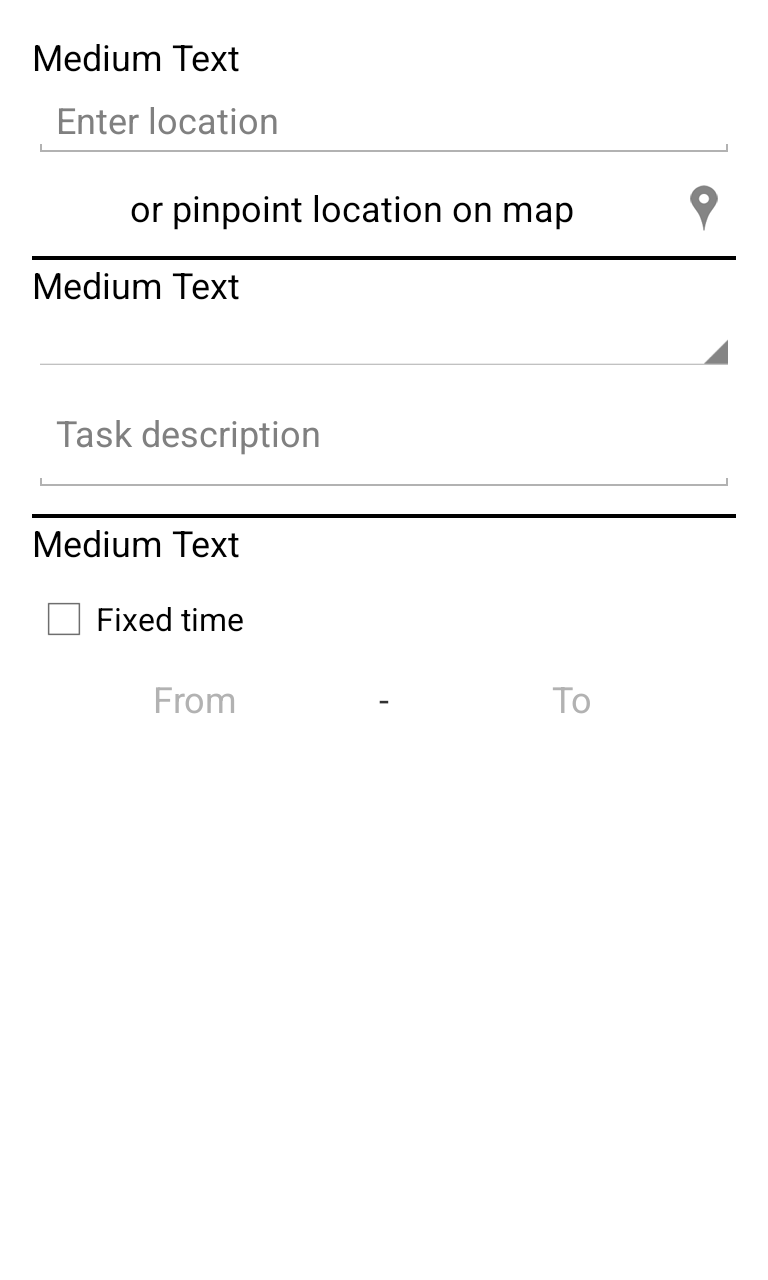
Repository: larserikstrand/IMT4904-Master
Layout: MTP/res/layout/activity_new_task.xml
An editor plug-in stored every save of this project. The layout is shown before and after the next save, followed by the edit.
It is drawn on a 768 x 1280 px phone screen (xhdpi) without system bars, with theme android:Theme.Holo.Light; the app's code is not run.

Above is the layout before, as saved 2014-02-10 20:34:06.

### MTP/res/layout/activity_new_task.xml
<LinearLayout xmlns:android="http://schemas.android.com/apk/res/android"
    xmlns:tools="http://schemas.android.com/tools"
    android:layout_width="match_parent"
    android:layout_height="match_parent"
    android:paddingBottom="@dimen/activity_vertical_margin"
    android:paddingLeft="@dimen/activity_horizontal_margin"
    android:paddingRight="@dimen/activity_horizontal_margin"
    android:paddingTop="@dimen/activity_vertical_margin"
    android:orientation="vertical"
    tools:context=".NewTaskActivity" >

    <TextView
        android:layout_width="wrap_content"
        android:layout_height="wrap_content"
        android:text="Medium Text"
        android:textAppearance="?android:attr/textAppearanceMedium" />

    <EditText android:id="@+id/location_edit"
        android:layout_width="match_parent"
        android:layout_height="wrap_content"
        android:hint="@string/location_hint" />

    <Button android:id="@+id/location_button"
        android:layout_width="match_parent"
        android:layout_height="wrap_content"
        android:background="?android:attr/selectableItemBackground"
        android:text="@string/pinpoint"
        android:drawableRight="@drawable/ic_location_place" />

    <View android:layout_width="match_parent"
        android:layout_height="2dp"
        android:background="@android:color/black" />

    <TextView
        android:id="@+id/textView2"
        android:layout_width="wrap_content"
        android:layout_height="wrap_content"
        android:text="Medium Text"
        android:textAppearance="?android:attr/textAppearanceMedium" />

    <Spinner android:id="@+id/category_spinner"
        android:layout_width="match_parent"
        android:layout_height="wrap_content" />

    <EditText android:id="@+id/description_edit"
        android:layout_width="match_parent"
        android:layout_height="wrap_content"
        android:layout_marginBottom="10dp"
        android:lines="2"
        android:hint="@string/task_description_hint" />

    <View android:layout_width="match_parent"
        android:layout_height="2dp"
        android:background="@android:color/black" />

    <TextView
        android:id="@+id/textView3"
        android:layout_width="wrap_content"
        android:layout_height="wrap_content"
        android:text="Medium Text"
        android:textAppearance="?android:attr/textAppearanceMedium" />

    <CheckBox android:id="@+id/fixed_time_check"
        android:layout_width="match_parent"
        android:layout_height="wrap_content"
        android:layout_marginTop="10dp"
        android:text="@string/fixed_time" />

    <LinearLayout android:id="@+id/time_layout"
        android:layout_width="match_parent"
        android:layout_height="wrap_content"
        android:orientation="horizontal" >

        <Button android:id="@+id/from_button"
            android:layout_width="0dp"
            android:layout_height="wrap_content"
            android:layout_weight="1"
            android:layout_marginRight="10dp"
            android:background="?android:attr/selectableItemBackground"
            android:text="@string/from"
            android:enabled="false" />

        <TextView android:layout_width="wrap_content"
            android:layout_height="wrap_content"
            android:text="@string/divider"
            android:textSize="18sp" />

        <Button android:id="@+id/to_button"
            android:layout_width="0dp"
            android:layout_height="wrap_content"
            android:layout_weight="1"
            android:layout_marginLeft="10dp"
            android:background="?android:attr/selectableItemBackground"
            android:text="@string/to"
            android:enabled="false" />

    </LinearLayout>

</LinearLayout>

### MTP/res/values/strings.xml
<?xml version="1.0" encoding="utf-8"?>
<resources>

    <!-- Titles -->
    <string name="app_name">MTP</string>
    <string name="title_activity_list">ListActivity</string>
    <string name="title_activity_new_task">New Task</string>
    <string name="title_activity_map">Map</string>

    <!-- Menu -->
    <string name="action_settings">Settings</string>
    <string name="action_about">About</string>

    <!-- General -->
    <string name="today">Today</string>
    <string name="week">Week</string>
    <string name="all_tasks">All Tasks</string>
    <string name="new_task_list">New task list</string>
    <string name="new_task">New task</string>
    <string name="edit_list">Edit list</string>
    <string name="edit">Edit</string>
    <string name="delete">Delete</string>
    <string name="set_date">Set date</string>
    <string name="save">Save</string>
    <string name="done">Done</string>
    <string name="location">Location</string>
    <string name="location_hint">Enter location</string>
    <string name="pinpoint">or pinpoint location on map</string>
    <string name="task_description_hint">Task description</string>
    <string name="fixed_time">Fixed time</string>
    <string name="from">From</string>
    <string name="to">To</string>
    <string name="divider">-</string>

    <!-- Messages/Alerts -->


    <!-- Arrays -->
    <string-array name="undergraduate_tasks_array">
        <item>Attend lecture</item>
        <item>Write report</item>
        <item>Do course exercises</item>
        <item>Meeting</item>
        <item>Group work</item>
    </string-array>

    <string-array name="postgraduate_tasks_array">
        <item>Write thesis</item>
        <item>Meeting</item>
    </string-array>

</resources>

Loaded but not shown: MTP/res/values/dimens.xml (common file)

After the next save:
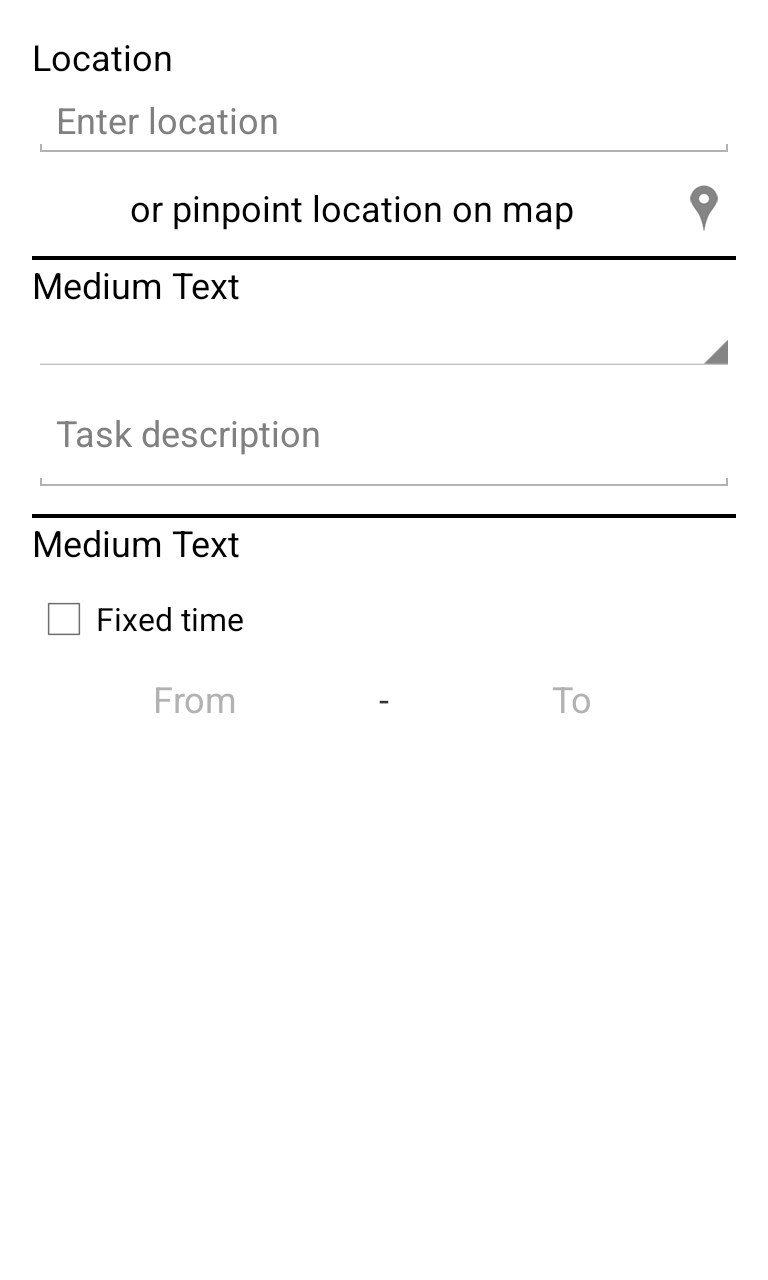
Saved 12 s later.
--- a/MTP/res/layout/activity_new_task.xml
+++ b/MTP/res/layout/activity_new_task.xml
@@ -12,7 +12,7 @@
     <TextView
         android:layout_width="wrap_content"
         android:layout_height="wrap_content"
-        android:text="Medium Text"
+        android:text="@string/location"
         android:textAppearance="?android:attr/textAppearanceMedium" />
 
     <EditText android:id="@+id/location_edit"
